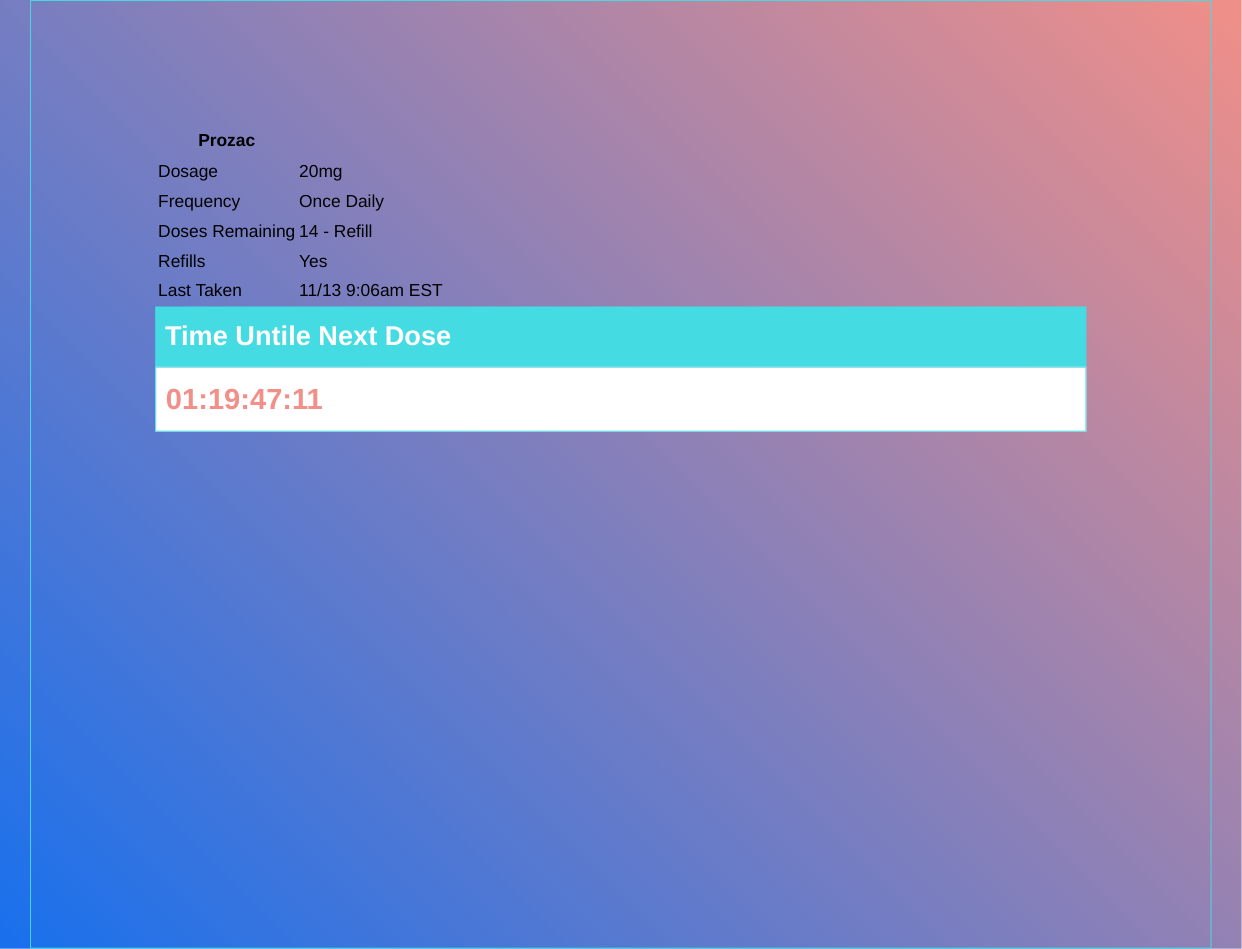
Repository: TheRobotCarlson/MedCheck
Page: workspace/ProzacDoc.html
The author's editor kept a record of every edit. The page is drawn from the files as they stood at one moment, then again after the next edit.
The browser window is 1280 px wide. The pictures show the whole page, at 97% of full size.
Some web libraries are served in a nearby version.

Above is the page before.

After the next edit:
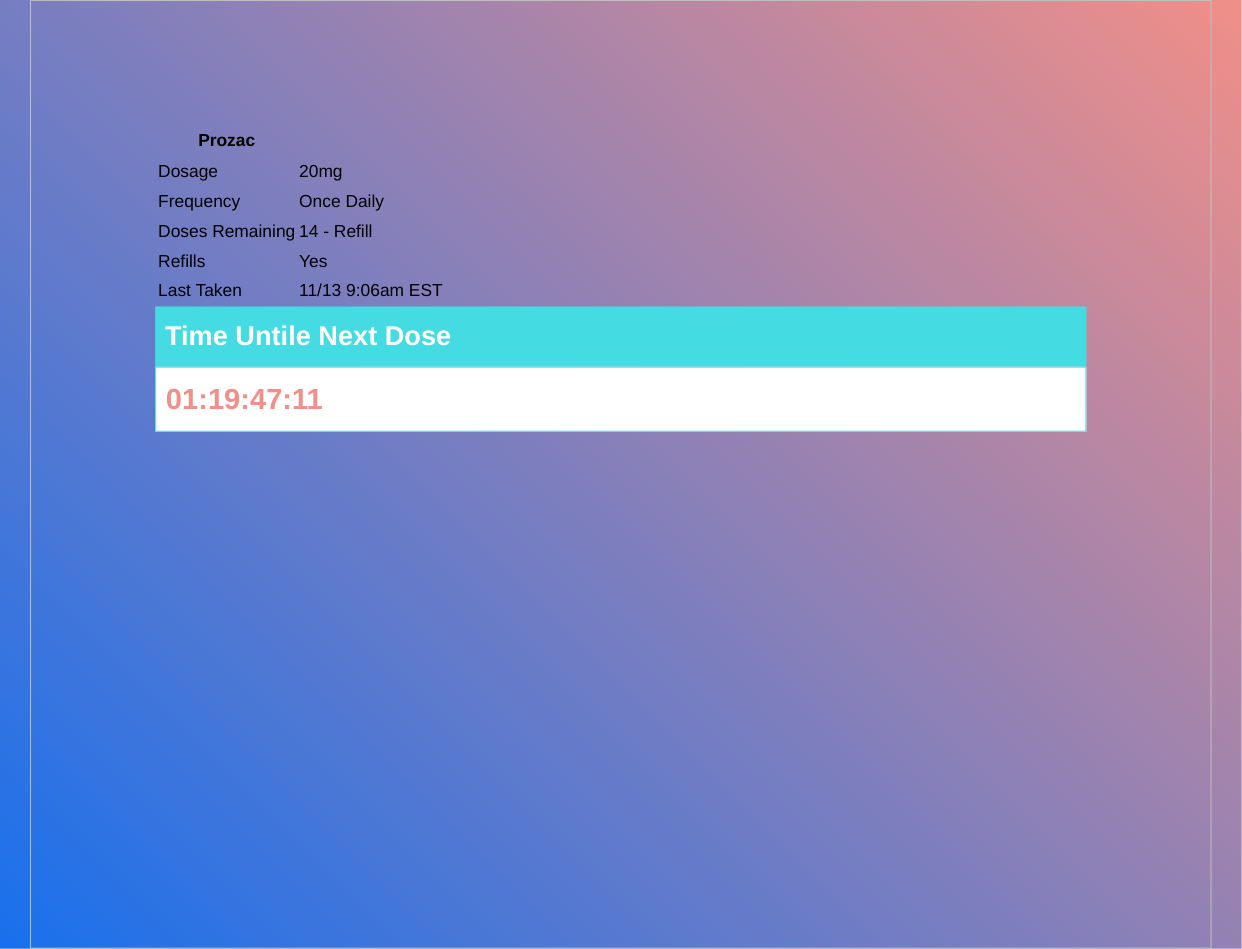
The edit:
--- a/workspace/medcheck.css
+++ b/workspace/medcheck.css
@@ -65,7 +65,7 @@
   max-width: 60rem;
   margin: 0 auto;
   font-size: 112%;
-  border: 1px solid #45DBE3;
+  border: 1px solid #C0C0C0 ;
 
 }
 
